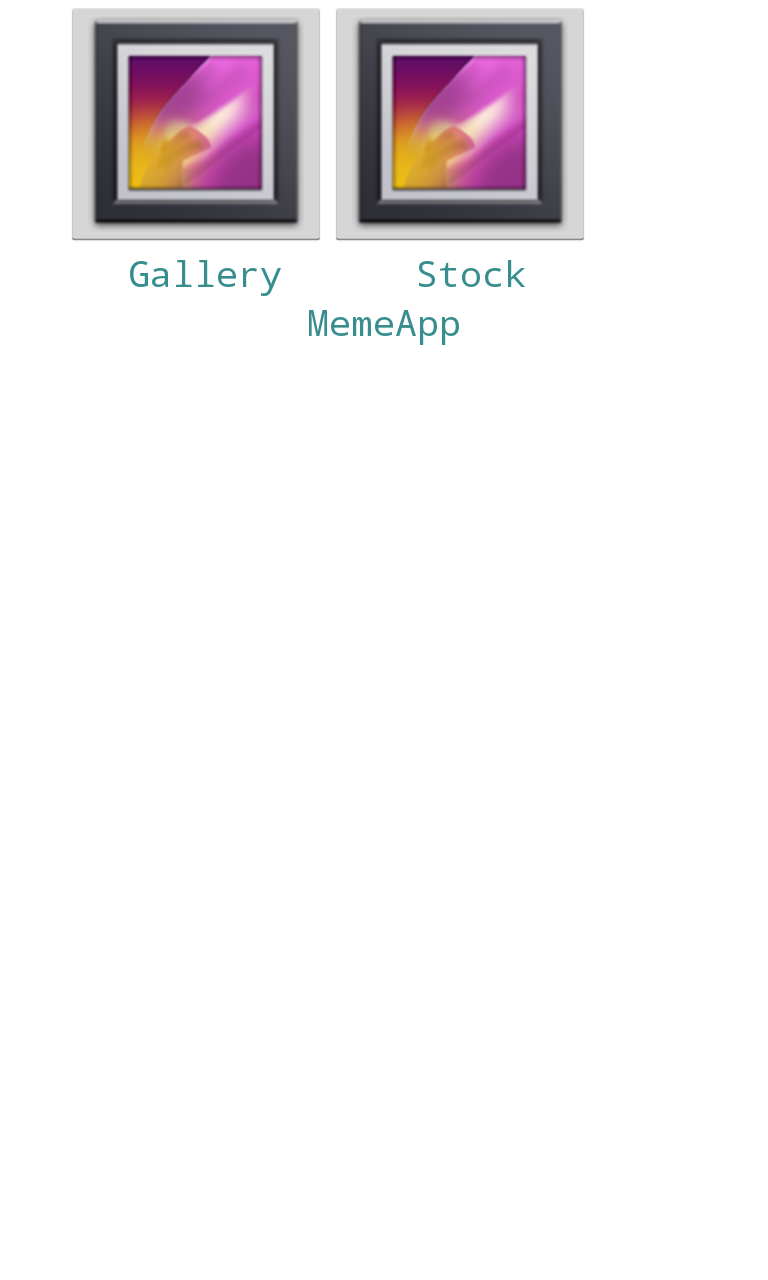
Repository: njb26/3093_Software_Engineering_2013
Layout: app/workspace/MemeApp/res/layout/activity_selection.xml
These files come from the project's save history. The layout is drawn as it stood at one moment and after the next save; the edit follows.
It is drawn on a 768 x 1280 px phone screen (xhdpi) without system bars, with theme AppTheme; the app's code is not run.

Above is the layout before, as saved 2013-05-23 21:35:02.

After the next save:
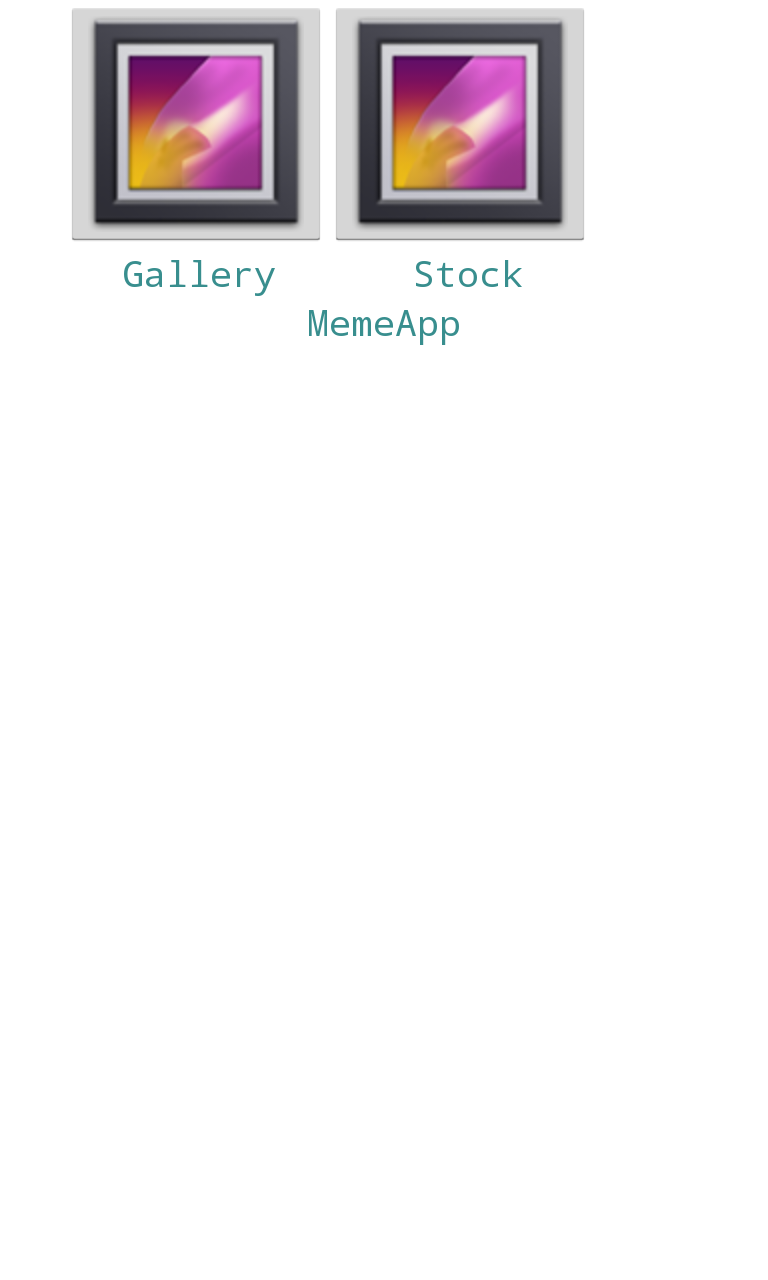
Saved 8 s later.
--- a/app/workspace/MemeApp/res/layout/activity_selection.xml
+++ b/app/workspace/MemeApp/res/layout/activity_selection.xml
@@ -30,7 +30,7 @@
      <LinearLayout
    	    android:layout_width="match_parent"
     	android:layout_height="wrap_content"
-    	android:paddingLeft="48dp"
+    	android:paddingLeft="45dp"
     	android:paddingRight="16dp"
     	android:orientation="horizontal">
     	<TextView
